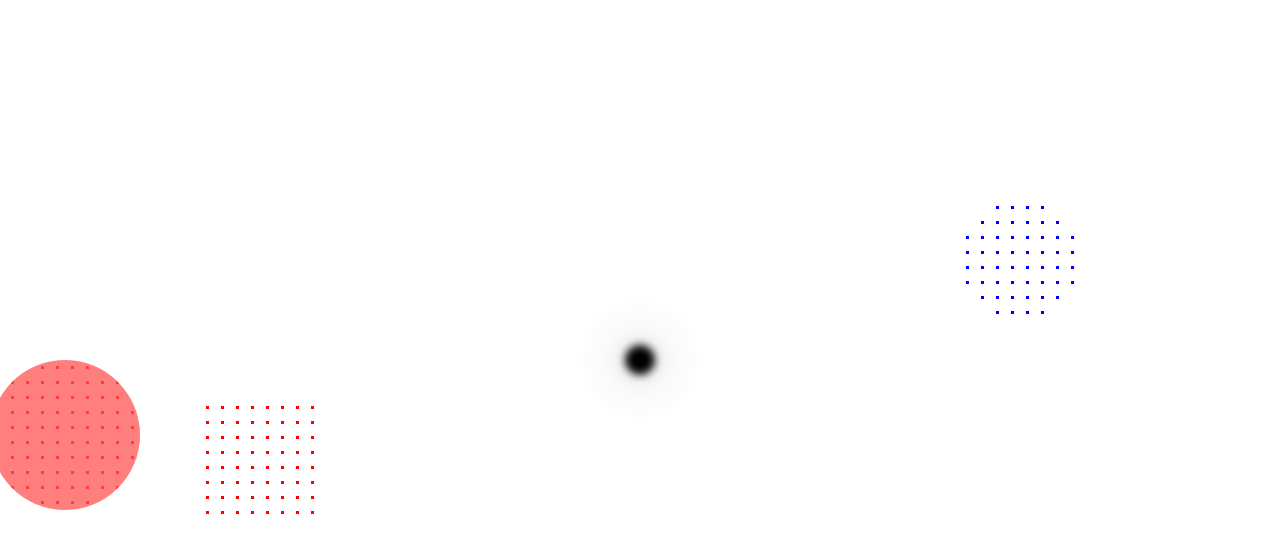
Repository: AdeniranZion/RC-Academy
Page: http://localhost/test/page.php
These files come from the project's save history. The page is drawn as it stood at one moment and after the next save; the edit follows.
The browser window is 1280 px wide. The pictures show the whole page.
The page is run by PHP 8.4 with error messages shown; the project is at /var/www/html/.

Above is the page before, as saved 2024-06-24 11:33:05.

### test/page.php
<!DOCTYPE html>
<html lang="en">
<head>
  <meta charset="utf-8" />
  <title>Neon Object Movement</title>
  <meta name="viewport" content="width=device-width, initial-scale=1, minimum-scale=1, maximum-scale=1" />
  <style>
    body, html {
      margin: 0;
      padding: 0;
      height: 100%;
      overflow: hidden; /* Prevent scrollbars */
    }

    .neon-container {
      position: relative;
      width: 100%;
      height: 100%;
      display: flex;
      justify-content: center;
      align-items: center;
      background-color: #fff;
      overflow: hidden; /* Prevent object from going out of bounds */
    }

    .neon-object {
      position: absolute;
      width: 30px;
      height: 30px;
      border-radius: 50%;
      background-color: #000; /* Add a background color for visibility */
      box-shadow: 0 0 10px #fed, 0 0 20px #dde, 0 0 30px #fff, 0 0 40px #ddd, 0 0 70px #ddd, 0 0 80px #ddd, 0 0 100px #ddd, 0 0 150px #ddd;
      filter: blur(4px); /* Add Gaussian blur effect */
      pointer-events: none; /* Prevent mouse events on the object itself */
      transition: transform 0.1s ease-out; /* Smooth movement */
    }

    .neon-object-2 {
      width: 120px;
      height: 120px;
      border-radius: 3px;
      background-image: radial-gradient(circle, red 15%, transparent 5%); /* Dotted pattern */
      background-size: 15px 15px; /* Size of each dot */
      background-position: 0 0; /* Start position of background */
      position: fixed;
      bottom: 200px;
      left: 200px;
      transition: transform 0.1s ease-out; /* Smooth movement */
    }
    .neon-object-3 {
      width: 120px;
      height: 120px;
      border-radius: 100px;
      background-image: radial-gradient(circle, blue 15%, transparent 5%); /* Dotted pattern */
      background-size: 15px 15px; /* Size of each dot */
      background-position: 0 0; /* Start position of background */
      position: fixed;
      top: 200px;
      right: 200px;
      transition: transform 0.1s ease-out; /* Smooth movement */
    }

    /* Styling for the rotating circle */
    .rotating-circle {
      position: fixed;
      left: -10px; /* Adjust position as needed */
      top: 50%; /* Center vertically */
      width: 150px;
      height: 150px;
      border-radius: 50%;
      background-color: rgba(255, 0, 0, 0.5);
      animation: rotate 4s linear infinite; /* Rotate animation */
      background-image: radial-gradient(circle, rgba(255, 0, 0, 0.5) 15%, transparent 5%); /* Dotted pattern */
      background-size: 15px 15px; /* Size of each dot */
      background-position: 0 0; /* Start position of background */
      position: fixed;
    }

    @keyframes rotate {
      from {
        transform: rotate(0deg);
      }
      to {
        transform: rotate(360deg);
      }
    }

  </style>
</head>
<body>
  <div class="neon-container">
    <div class="neon-object"></div>
    <div class="neon-object-2"></div>
    <div class="neon-object-3"></div>
  </div>

  <!-- Rotating circle element -->
  <div class="rotating-circle"></div>

  <script>
    document.addEventListener('mousemove', function(e) {
      const neonObject = document.querySelector('.neon-object');
      const neonObject2 = document.querySelector('.neon-object-2');
      const neonObject3 = document.querySelector('.neon-object-3');
      const container = document.querySelector('.neon-container');

      // Get the mouse position relative to the container
      const rect = container.getBoundingClientRect();
      const centerX = rect.left + rect.width / 2;
      const centerY = rect.top + rect.height / 2;

      // Calculate the distance from the center
      const distanceX = e.clientX - centerX;
      const distanceY = e.clientY - centerY;

      // Set a multiplier to control the trailing effect
      const multiplier = 0.08; // Adjust this value for the trailing effect

      // Update the position of neon-object with a trailing effect
      neonObject.style.transform = `translate(${multiplier * distanceX}px, ${multiplier * distanceY}px)`;

      // Update the position of neon-object-2 with the same trailing effect
      neonObject2.style.transform = `translate(${multiplier * distanceX}px, ${multiplier * distanceY}px)`;

      // Update the position of neon-object-3 with the opposite trailing effect
      neonObject3.style.transform = `translate(${-multiplier * distanceX}px, ${-multiplier * distanceY}px)`;
    });
  </script>
</body>
</html>

After the next save:
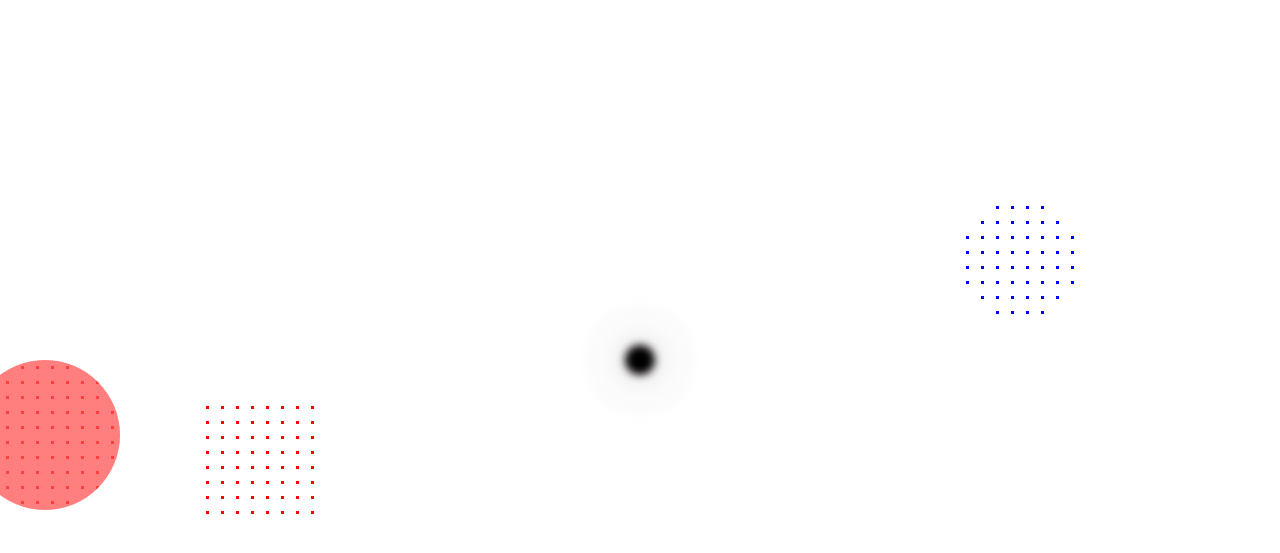
Saved 6 s later.
--- a/test/page.php
+++ b/test/page.php
@@ -63,7 +63,7 @@
     /* Styling for the rotating circle */
     .rotating-circle {
       position: fixed;
-      left: -10px; /* Adjust position as needed */
+      left: -30px; /* Adjust position as needed */
       top: 50%; /* Center vertically */
       width: 150px;
       height: 150px;
